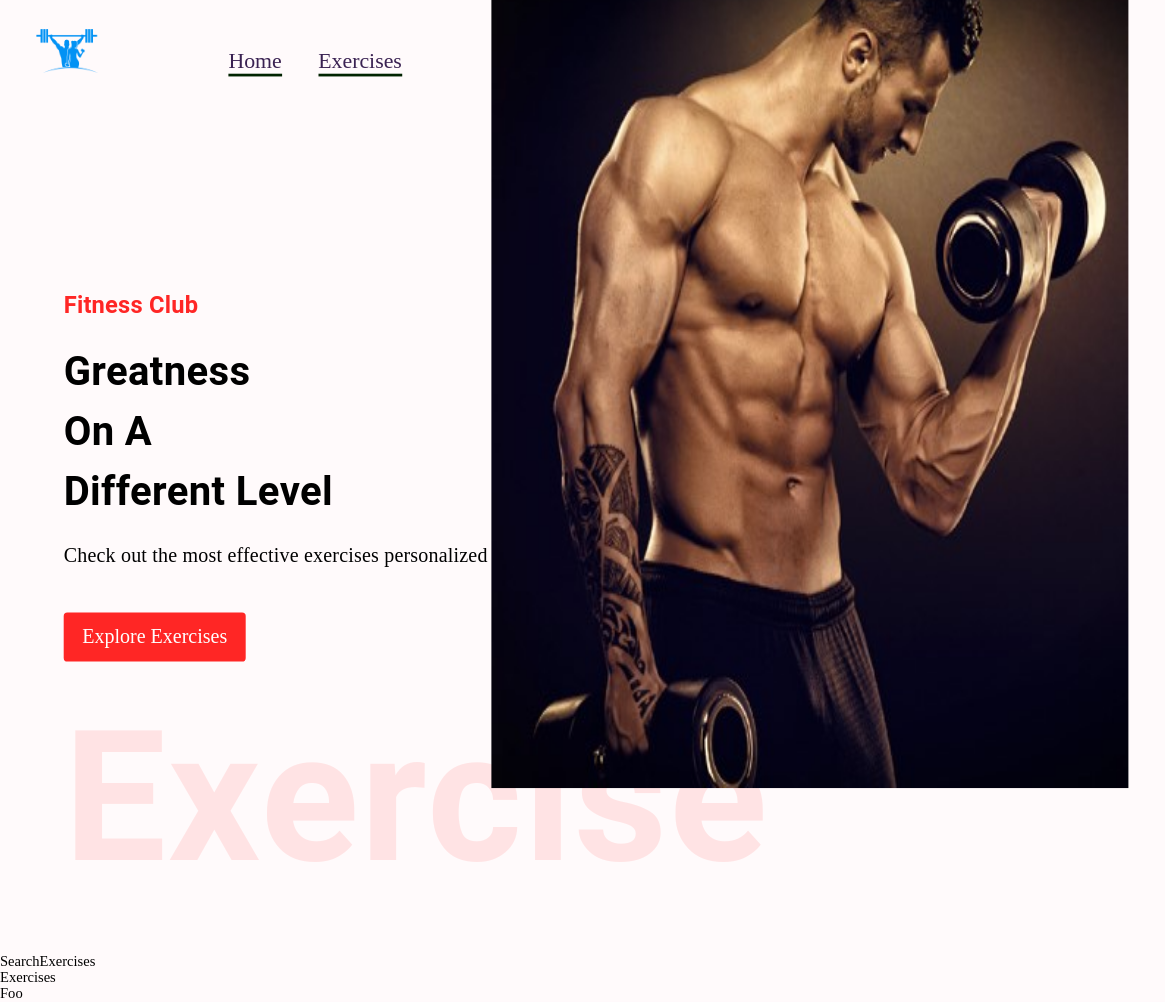
Repository: MhlengiNgubane/Workout-App
Page: /
An editor plug-in stored every save of this project. The page is shown before and after a run of saves, followed by the edit.
The browser window is 1280 px wide. The pictures show the whole page, at 91% of full size.
The project was rebuilt for these pictures with package versions that can differ from the ones it lists, and the page was loaded fresh each time. Also part of the build but not shown: src/pages/ExerciseDetail.js.

Above is the page before, as saved 2022-07-31 20:03:45.

After the next 4 saves:
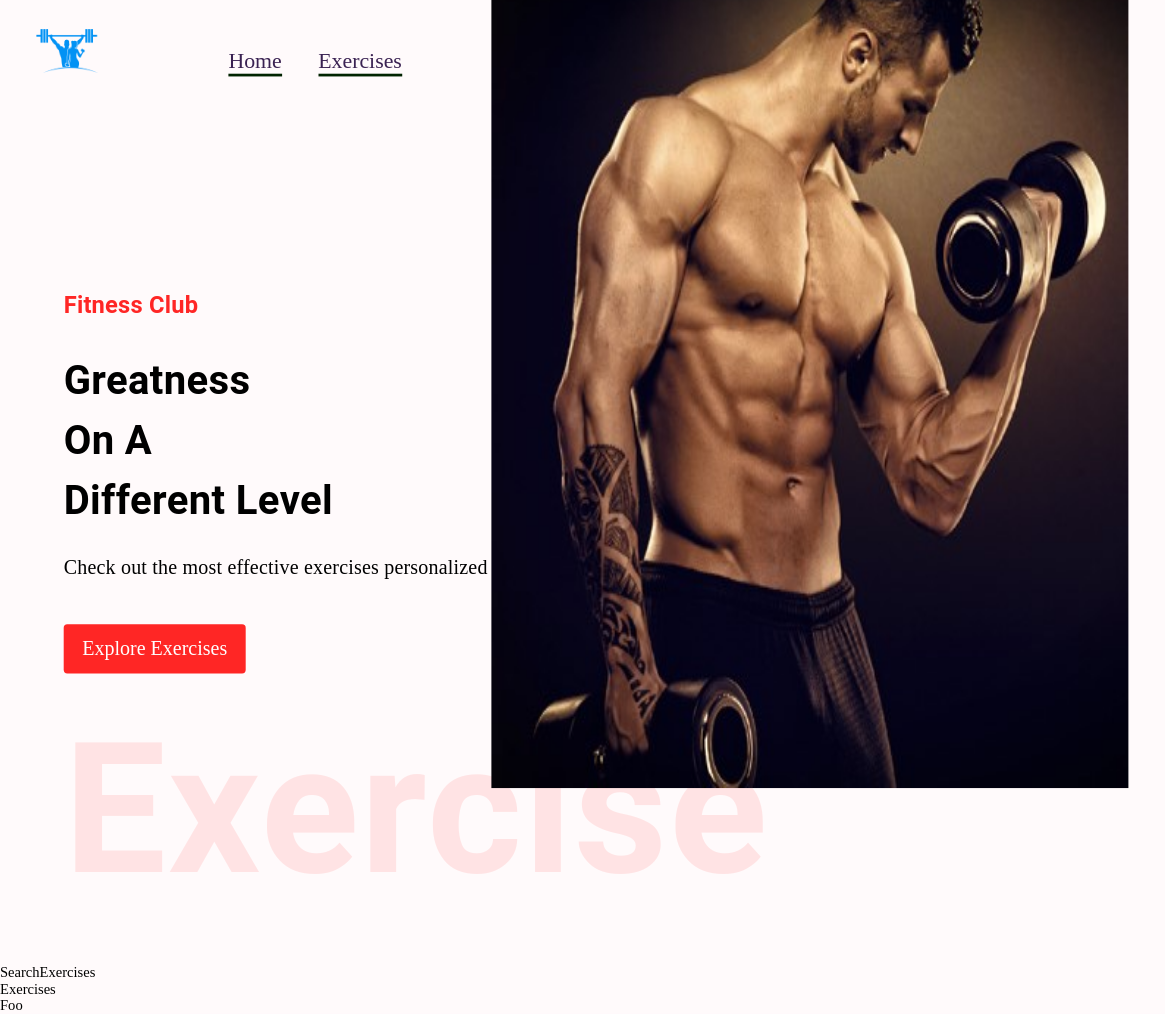
The 4 saves are shown as one change because they came seconds apart.
The last was saved 2 min 9 s later.
--- a/src/components/HeroBanner.js
+++ b/src/components/HeroBanner.js
@@ -6,7 +6,7 @@ import HeroBannerImage from '../assets/images/banner.png';
 const HeroBanner = () => (
   <Box sx={{ mt: { lg: '212px', xs: '70px' }, ml: { sm: '50px' } }} position="relative" p="20px">
     <Typography color="#FF2625" fontWeight="600" fontSize="26px">Fitness Club</Typography>
-    <Typography fontWeight={700} sx={{ fontSize: { lg: '44px', xs: '40px' } }} mb="20px" mt="20px">
+    <Typography fontWeight={700} sx={{ fontSize: { lg: '44px', xs: '40px' } }} mb="23px" mt="30px">
       Greatness <br /> On A <br />
       Different Level
     </Typography>
